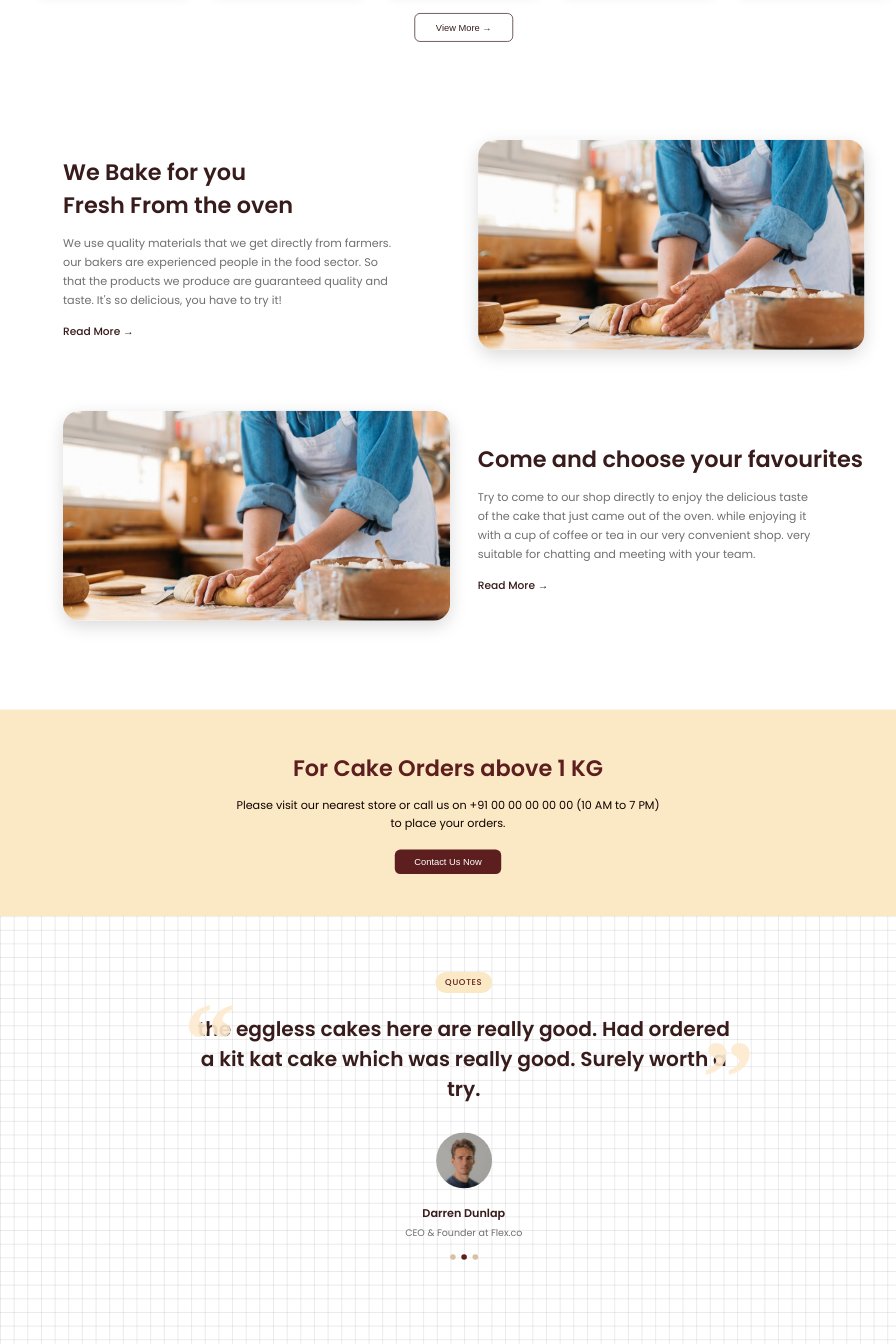
Repository: josegabrielzevallos/chocobrat-bakery-website
Page: index.html
The author's editor kept a copy of each file at every save. The page is drawn from the files as they stood at one save, then again after the next save.
The browser window is 1280 px wide. The pictures show the part of the page from y = 1014 to 2934 px (the page is 2934 px tall), at 70% of full size.

Above is the page before, as saved 2025-11-20 17:35:29.

After the next save:
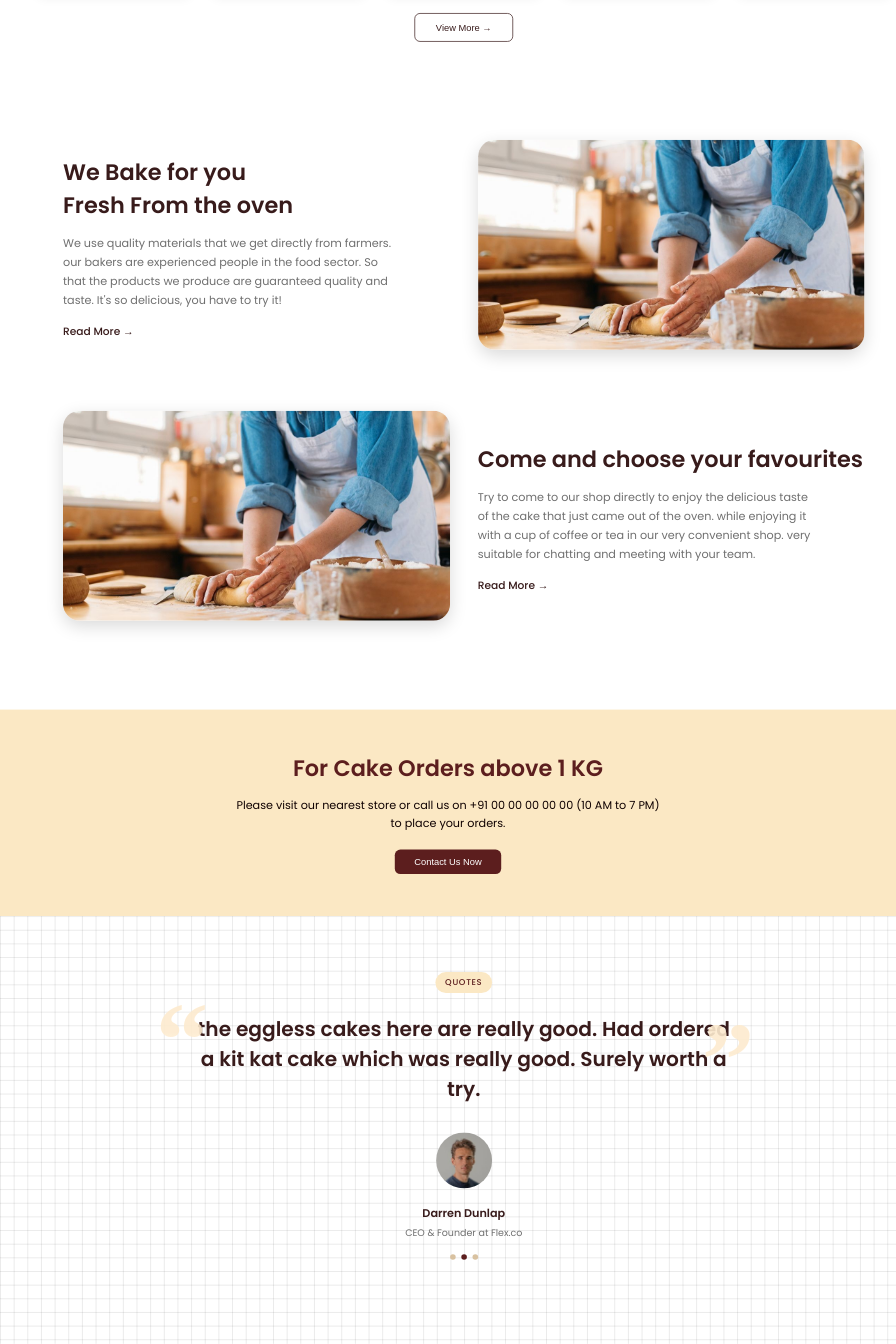
Saved 26 s later.
--- a/styles.css
+++ b/styles.css
@@ -420,14 +420,14 @@ header {
 
 .quote-text::before {
     content: "“";
-    left: -10px;
+    left: -50px;
     top: -75px;
 }
 
 .quote-text::after {
     content: "”";
     right: -25px;
-    bottom: -75px;
+    bottom: -50px;
 }
 
 
